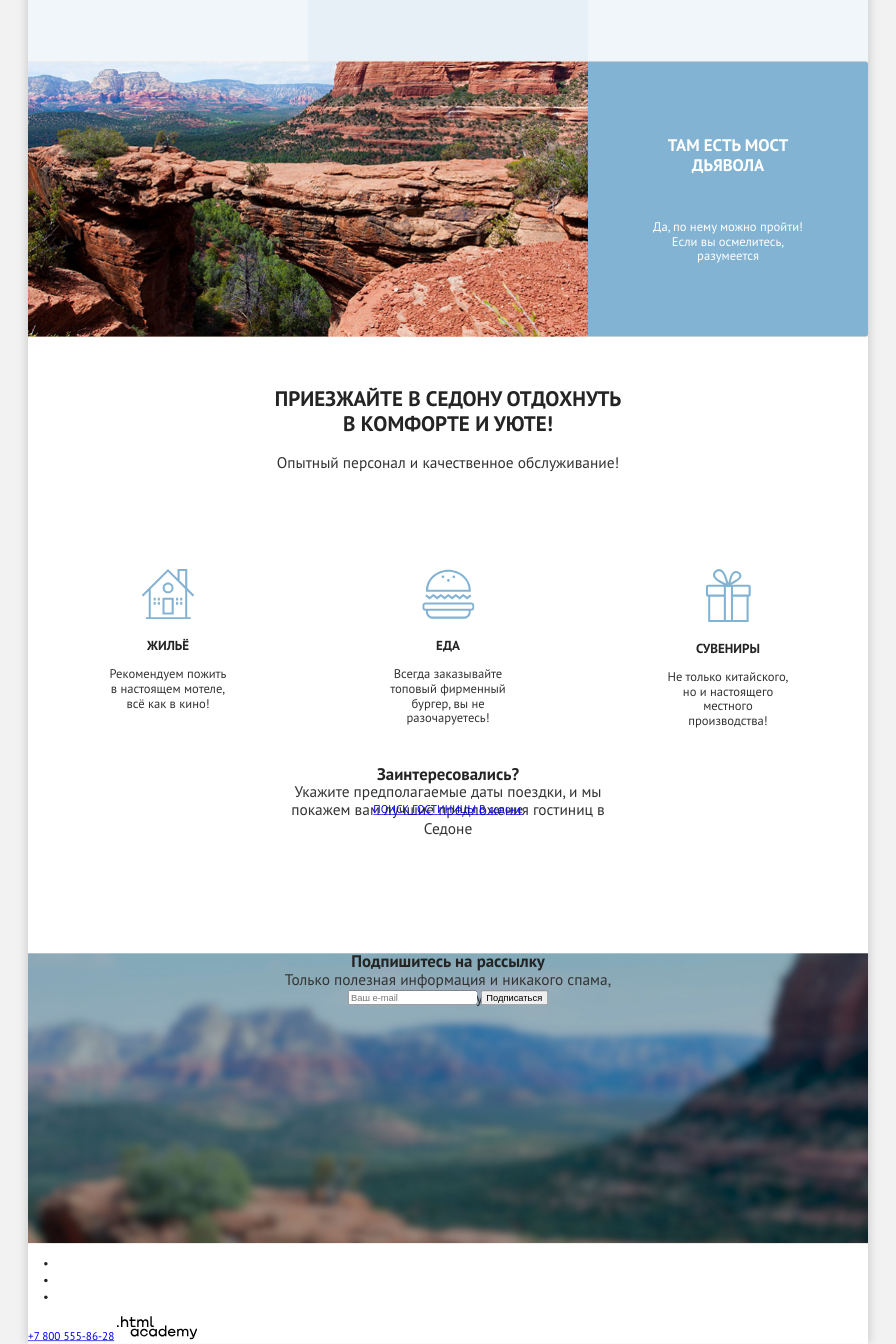
Repository: zakhgagne/2512253-sedona-1
Page: index.html
These files come from the project's save history. The page is drawn as it stood at one moment and after the next save; the edit follows.
The browser window is 1280 px wide. The pictures show the part of the page from y = 1507 to 3427 px (the page is 3427 px tall), at 70% of full size.

Above is the page before, as saved 2024-05-11 18:16:14.

### index.html
<!DOCTYPE html>
<html lang="ru">

  <head>
    <meta charset="utf-8">
    <title>Сайт города Седона</title>
    <link rel="stylesheet" href="styles/styles.css">
  </head>

  <body>
    <div class="container">
      <header class="header">
        <a class="logo-link" href="#">
          <img class="logo-image" src="./images/logo.svg" alt="Любимая Седона" width="" height="">
        </a>
        <nav class="navigation">
          <ul class="main-menu">
            <li class="menu-item">
              <a href="./index.html" class="menu-link">Главная</a>
            </li>
            <li class="menu-item">
              <a href="#" class="menu-link">О Седоне</a>
            </li>
            <li class="menu-item">
              <a href="./catalog.html" class="menu-link">Гостиницы</a>
            </li>
          </ul>
          <ul class="user-menu">
            <li class="user-menu-item">
              <a href="#" class="user-menu-link">
                <span class="visually-hidden">Поиск</span>
              </a>
            </li>
            <li class="user-menu-item">
              <a href="#" class="user-menu-link">
                <span class="visually-hidden">Избранное</span>
                <span class="like-number">12</span>
              </a>
            </li>
            <li class="user-menu-item">
              <a href="#" class="user-menu-link">Хочу сюда!</a>
            </li>
          </ul>
        </nav>
      </header>
      <main class="main-container">
        <h1 class="visually-hidden">Cайт города Седона</h1>
        <section class="welcome">
          <h2 class="visually-hidden">Приглашение</h2>
          <img src="./images/welcome.svg" class="welcome-image" width="" height="" alt="Welcome">
        </section>

        <section class="city">
          <h2 class="city-title">Седона — небольшой городок в Аризоне, заслуживающий большего!</h2>
          <p class="city-subtitle">Рассмотрим причины, по которым Седона круче, чем Гранд-Каньон!</p>

          <ul class="reason-list">
            <li class="reason-item reason-item-special">
              <div class="reason-container">
                <h3 class="reason-title">Настоящий городок</h3>
                <p class="reason-text">Седона — не аттракцион для туристов, там течёт своя жизнь</p>
              </div>
              <img src="./images/photo-1.jpg" class="reason-image" width="" height="">
            </li>
            <li class="reason-item">
              <div class="reason-container">
                <h3 class="reason-title">Небольшая площадь</h3>
                <p class="reason-text">Все достопримечательности находятся очень близко</p>
              </div>
            </li>
            <li class="reason-item">
              <div class="reason-container">
                <h3 class="reason-title">Красивая дорога</h3>
                <p class="reason-text">Ехать в Седону из Лас-Вегаса совсем не скучно!</p>
              </div>
            </li>
            <li class="reason-item">
              <div class="reason-container">
                <h3 class="reason-title">Мало туристов</h3>
                <p class="reason-text">Большинство едет в Гранд Каньон и толпится там</p>
              </div>
            </li>
            <li class="reason-item reason-item-special">
              <img src="./images/photo-2.jpg" class="reason-image" width="" height="">
              <div class="reason-container">
                <h3 class="reason-title">Там есть мост дьявола</h3>
                <p class="reason-text">Да, по нему можно пройти! Если вы осмелитесь, разумеется</p>
              </div>
            </li>
          </ul>
        </section>

        <section class="city-welcome">
          <h2 class="desription">Приезжайте в Седону отдохнуть в комфорте и уюте!</h2>
          <p class="simple-text">Опытный персонал и качественное обслуживание!</p>
          <div class="container-city-welcome">
            <ul class="comfort-list">
              <li class="comfort-item">
                <img src="./images/advantage-icon-home.svg" class="reason-image" width="" height="">
                <h3 class="comfort-title">Жильё</h3>
                <p class="comfort-text">Рекомендуем пожить в настоящем мотеле, всё как в кино!</p>
              </li>
              <li class="comfort-item">
                <img src="./images/advantage-icon-food.svg" class="reason-image" width="" height="">
                <h3 class="comfort-title">Еда</h3>
                <p class="comfort-text">Всегда заказывайте топовый фирменный бургер, вы не разочаруетесь!</p>
              </li>
              <li class="comfort-item">
                <img src="./images/advantage-icon-gift.svg" class="reason-image" width="" height="">
                <h3 class="comfort-title">Сувениры</h3>
                <p class="comfort-text">Не только китайского, но и настоящего местного производства!</p>
              </li>
            </ul>
          </div>
        </section>

        <section class="interest">
          <h2 class="desription">Заинтересовались?</h2>
          <p class="simple-text">Укажите предполагаемые даты поездки, и мы покажем вам лучшие предложения гостиниц в
            Седоне</p>
          <a href="#" class="button-search-motel">ПОИСК ГОСТИНИЦЫ В седоне</a>
        </section>

      </main>

      <footer>
        <section class="news-letter">
          <h2 class="desription">Подпишитесь на рассылку</h2>
          <p class="simple-text">Только полезная информация и никакого спама, честное бойскаутское!</p>

          <form class="subscribe-form" action="https://echo.htmlacademy.ru/" method="post">
            <input class="field" placeholder="Ваш e-mail" type="email" name="distribution-email" required>
            <button class="subscribe-form-button" type="submit">Подписаться</button>
          </form>
        </section>
        <div class="footer-container">
          <section class="contacts">
            <h2 class="visually-hidden">Контакты</h2>
            <ul class="contact-list">
              <li class="contact-list-item">
                <a href="#" class="contact-list-link">
                  <p class="visually-hidden">Вконтакте</p>
                </a>
              </li>
              <li class="contact-list-item">
                <a href="#" class="contact-list-link">
                  <p class="visually-hidden">Телеграм</p>
                </a>
              </li>
              <li class="contact-list-item">
                <a href="#" class="contact-list-link">
                  <p class="visually-hidden">Ютуб</p>
                </a>
              </li>
            </ul>
            <a class="footer-contacts-address-phone" href="tel:+78005558628">+7 800 555-86-28</a>
            <a class="htmlacademy-link" href="https://htmlacademy.ru/">
              <img src="./images/logo-academy.svg" width="" height="" alt="Академия">
            </a>
          </section>
        </div>
      </footer>
    </div>
  </body>

</html>

### styles/styles.css
@font-face {
  font-family: "PT Sans";
  font-style: normal;
  font-weight: 400;
  src: url("../fonts/ptsans-400.woff2") format("woff2");
  font-display: swap;
}

@font-face {
  font-family: "PT Sans";
  font-style: normal;
  font-weight: 700;
  src: url("../fonts/ptsans-700.woff2") format("woff2");
  font-display: swap;
}


body {
  margin: 0;
  font-family: "PT Sans", "Arial", sans-serif;
  font-size: 16px;
  line-height: 24px;
  color: #242424;
  background-color: #f2f2f2;
}

.visually-hidden {
  display: none;
}

.container {
  width: 1200px;
  margin: 0 auto;
  background-color: #ffffff;
  box-shadow: 0 0 15px rgba(0, 0, 0, 0.2);
}

.header {
  background-color: #ffffff;
  position: relative;
  padding: 0 68px 0 238px;
}

.logo-link {
  position: absolute;
  top: 0;
  left: 70px;
}

.logo-image {}

.navigation {
  display: flex;
  justify-content: space-between;
}

.main-menu {
  padding: 0;
  margin: 0;
  list-style: none;
  display: flex;
  width: 500px;
  flex-wrap: wrap;
}

.menu-item {}

.menu-link {
  font-size: 20px;
  font-weight: 700;
  line-height: 24px;
  color: #000000;
  text-decoration: none;
  display: block;
  padding: 20px 16px;

}

.menu-item:nth-child(1) {
  /* background-color: red; */
}

.menu-item:nth-child(2) {
  /* background-color: blue; */
}

.menu-item:nth-child(3) {
  /* background-color: red; */
}

.user-menu {
  padding: 0;
  margin: 0;
  list-style: none;
  display: flex;
}

.welcome {
  background-color: #aec5d1;
  background-image: url("../images/white-crown.svg"), url("../images/index-background.jpg");
  background-repeat: no-repeat;
  background-position: center bottom, center top;
  background-size: 1200px 57px, cover;
  padding-top: 51px;
  padding-bottom: 82px;
  min-height: 352px;
}

.welcome-image {
  display: block;
  margin: 0 auto;
}

.city {
  text-align: center;
  padding-top: 70px;
}

.city-title {
  padding: 0;
  margin: 0 auto 24px;
  font-size: 30px;
  font-weight: 700;
  line-height: 36px;
  text-transform: uppercase;
  width: 750px;

}

.city-subtitle {
  padding: 1px;
  margin: 0 auto 87px;
  font-size: 22px;
  font-weight: 400;
  line-height: 26px;
  width: 750px;
}

.reason-list {
  display: flex;
  justify-content: space-between;
  text-align: center;
  padding: 0;
  margin: 0;
  list-style: none;
  flex-wrap: wrap;
}

.reason-item {
  display: flex;
  background-color: bisque;
}

.reason-container {
  width: 400px;
  padding-top: 106px;
  padding-bottom: 105px;
}

.reason-title {
  margin: 0 auto 63px;
  padding: 0;
  font-size: 24px;
  font-weight: 700;
  line-height: 28px;
  width: 175px;
  text-transform: uppercase;

}

.reason-text {
  padding: 0;
  margin: 0 auto;
  font-size: 18px;
  font-weight: 400;
  line-height: 21px;
  width: 231px;
}

.reason-item:nth-child(2n) {
  background-color: #f0f6fa;
}

.reason-item:nth-child(3n) {
  background-color: #e6f0f6;
}

.reason-item-special .reason-container {
  background-color: #82B3D3;
  border-radius: 0px 4px 4px 0px;
  color: #FFFFFF;

}

.comfort-list {
  display: flex;
  justify-content: space-between;
  text-align: center;
  padding: 0;
  margin: 0;
  list-style: none;
}

.comfort-item {
  width: 400px;
}

.interest {
  text-align: center;
  margin: 54px auto;
  height: 214px;
  width: 592px;
}

.desription {
  padding: 0;
  margin: 0;
}

.footer-container {
  display: flex;
  margin: 0 auto;
}


.news-letter {
  background-image: url("../images/subscribe.jpg");
  background-repeat: no-repeat;
  min-height: 414px;
  text-align: center;

  /*width: 684px;*/
}

.city-welcome {
  text-align: center;
  padding-top: 70px;
}

.city-welcome .desription {
  padding: 0;
  margin: 0 auto 24px;
  font-size: 30px;
  font-weight: 700;
  line-height: 36px;
  text-transform: uppercase;
  width: 500px;
}

.simple-text {

  padding: 0;
  margin: 0 auto;
  width: 490px;
  height: 26px;

  /* Texts/Text basic */
  font-weight: 400;
  font-size: 22px;
  line-height: 26px;
  /* identical to box height, or 118% */
  /* Texts/second */
  color: #333333;
}

.container-city-welcome {

  text-align: center;
  padding-top: 140px;
}

.comfort-text {
  font-weight: 400;
  font-size: 18px;
  line-height: 21px;
  color: #333333;
  flex: none;
  order: 2;
  align-self: stretch;
  flex-grow: 0;
  width: 175px;
  margin: 0 auto;
  padding: 0;
}
.comfort-title {
text-transform: uppercase;
}

After the next save:
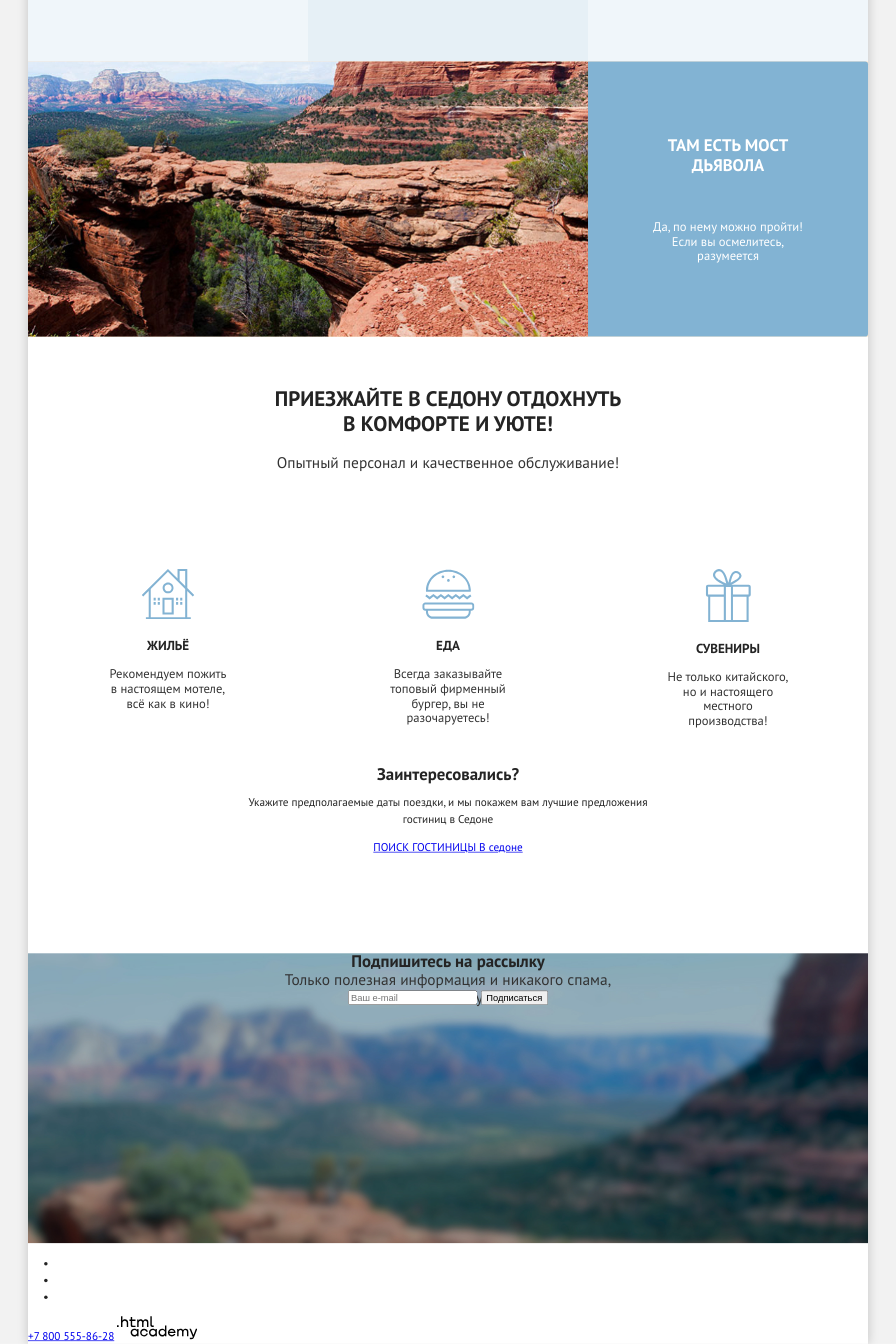
Saved 25 s later.
--- a/index.html
+++ b/index.html
@@ -116,7 +116,7 @@
 
         <section class="interest">
           <h2 class="desription">Заинтересовались?</h2>
-          <p class="simple-text">Укажите предполагаемые даты поездки, и мы покажем вам лучшие предложения гостиниц в
+          <p class="simple-text2">Укажите предполагаемые даты поездки, и мы покажем вам лучшие предложения гостиниц в
             Седоне</p>
           <a href="#" class="button-search-motel">ПОИСК ГОСТИНИЦЫ В седоне</a>
         </section>

After the save that followed:
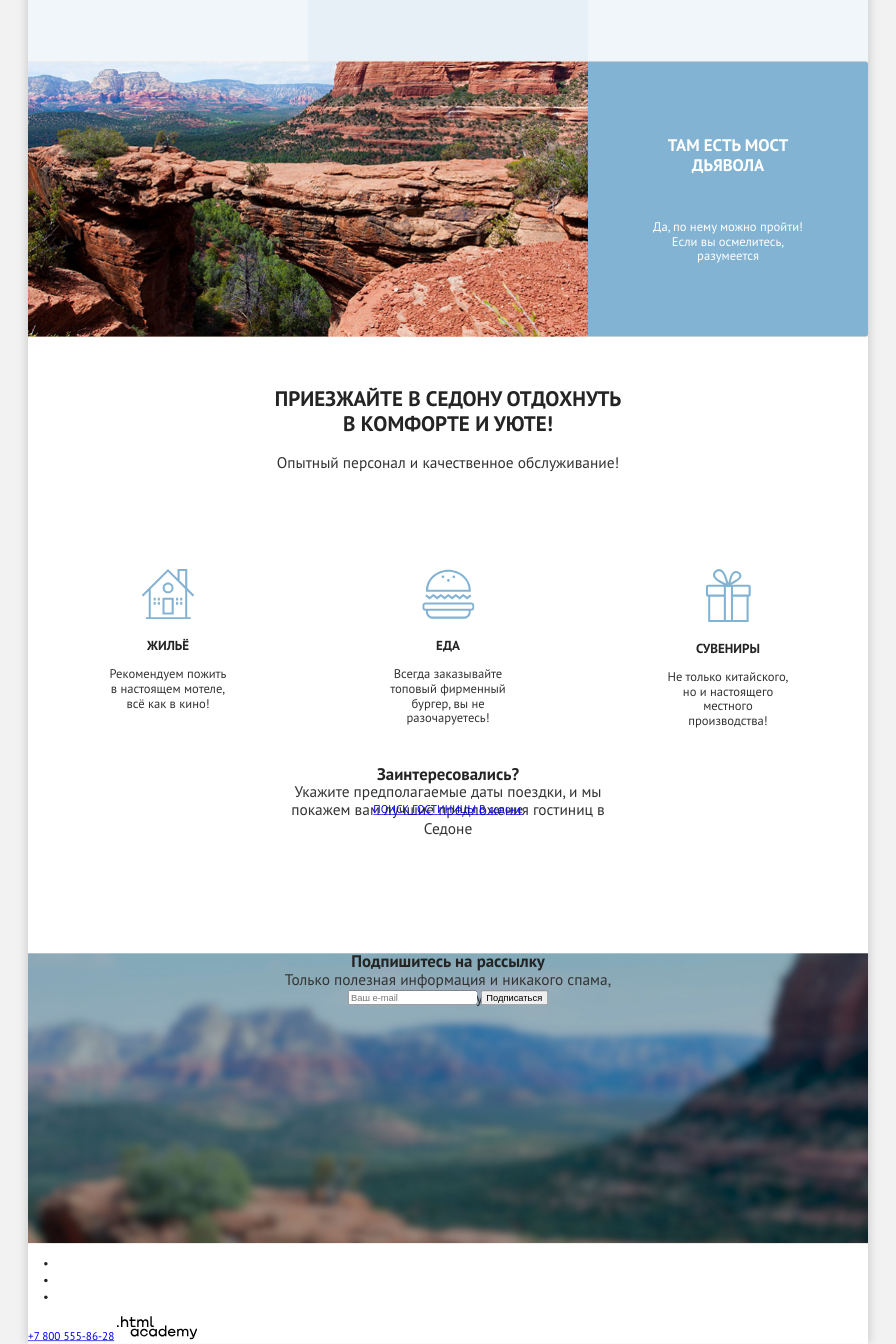
Saved 3 s later.
--- a/styles/styles.css
+++ b/styles/styles.css
@@ -285,3 +285,20 @@ body {
 .comfort-title {
 text-transform: uppercase;
 }
+
+
+.simple-text2 {
+
+  padding: 0;
+  margin: 0 auto;
+  width: 490px;
+  height: 26px;
+
+  /* Texts/Text basic */
+  font-weight: 400;
+  font-size: 22px;
+  line-height: 26px;
+  /* identical to box height, or 118% */
+  /* Texts/second */
+  color: #333333;
+}
